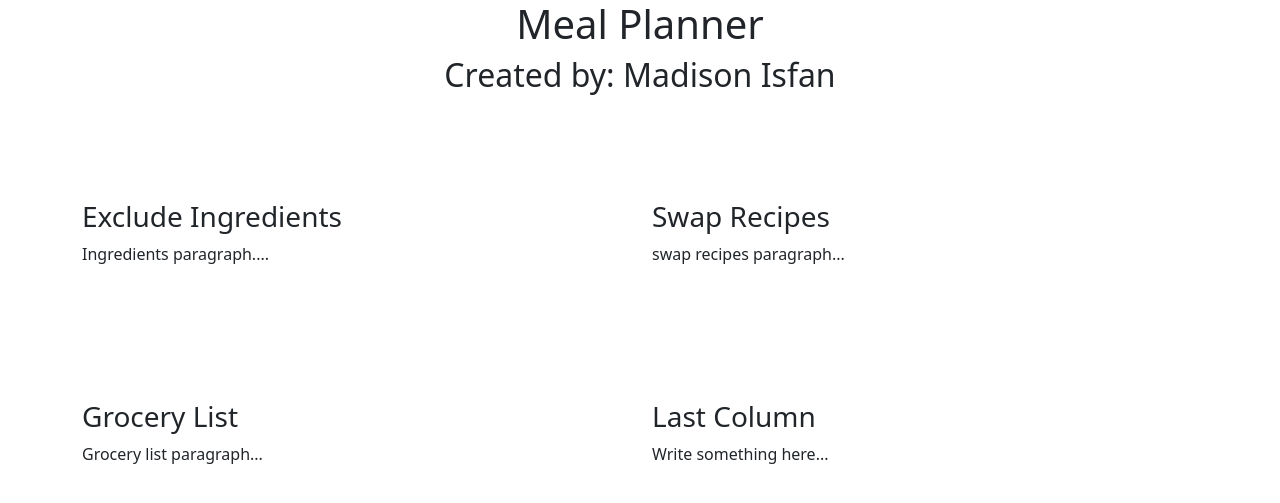
Repository: madisonisfan/Meal-Planner
Page: index.html
The author's editor kept a copy of each file at every save. The page is drawn from the files as they stood at one save, then again after the next save.
The browser window is 1280 px wide. The pictures show the whole page.
Some web libraries are served in a nearby version.

Above is the page before, as saved 2021-02-17 16:26:15.

After the next save:
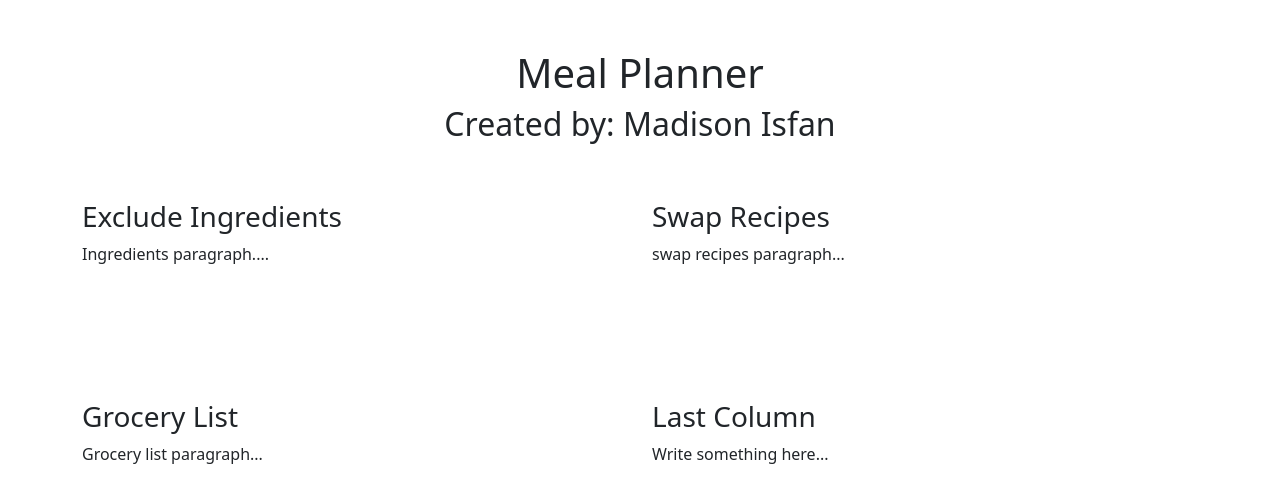
Saved 25 s later.
--- a/index.html
+++ b/index.html
@@ -14,7 +14,7 @@
 
     <header class="jumbotron">
         <div class="container">
-            <div class="row row-content">
+            <div class="row row-content align-items-center">
                 <div class="col text-center">
                     <h1>Meal Planner</h1>
                     <h2>Created by: Madison Isfan</h2>

After the save that followed:
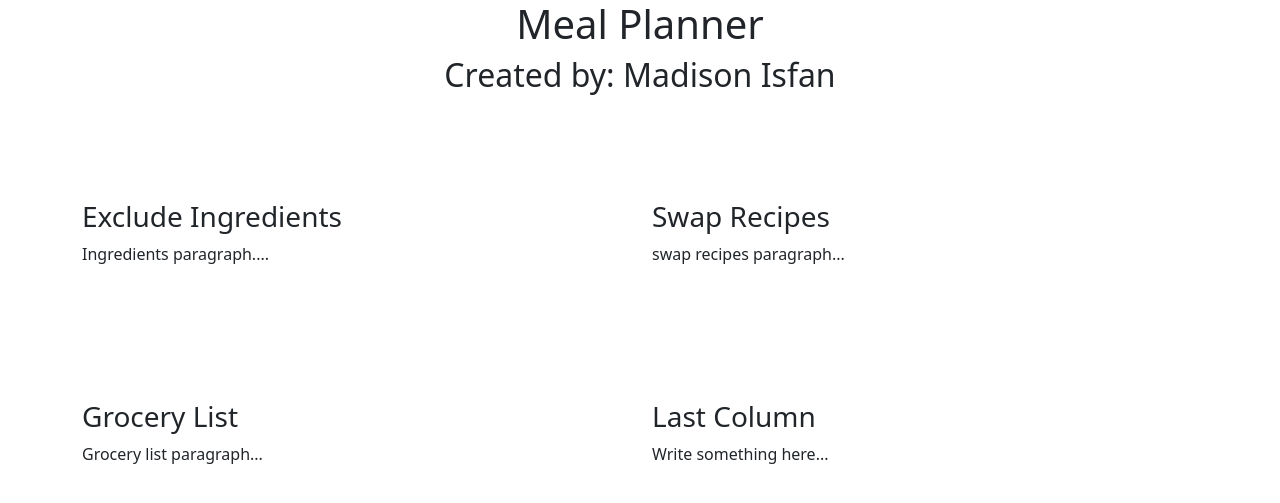
Saved 13 s later.
--- a/index.html
+++ b/index.html
@@ -14,7 +14,7 @@
 
     <header class="jumbotron">
         <div class="container">
-            <div class="row row-content align-items-center">
+            <div class="row row-content ">
                 <div class="col text-center">
                     <h1>Meal Planner</h1>
                     <h2>Created by: Madison Isfan</h2>
